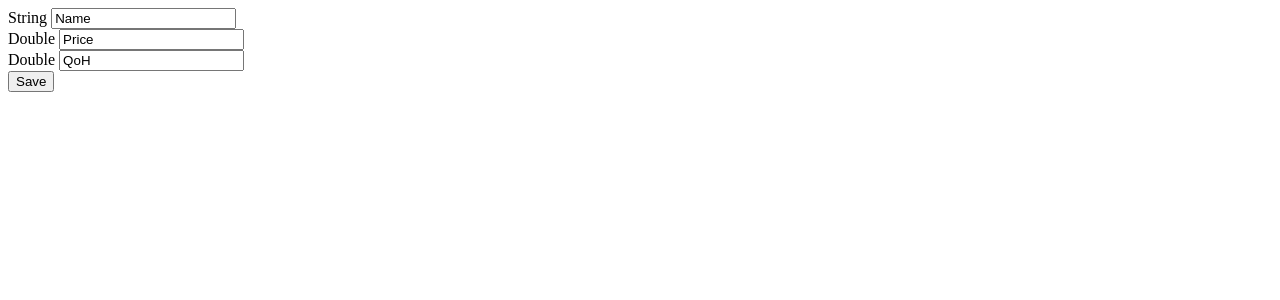
Repository: shashwat13mishra/javatraining
Page: mywebapp/src/main/webapp/calc.html
The author's editor kept a copy of each file at every save. The page is drawn from the files as they stood at one save, then again after the next save.
The browser window is 1280 px wide. The pictures show the whole page.

Above is the page before, as saved 2019-07-16 06:37:58.

After the next save:
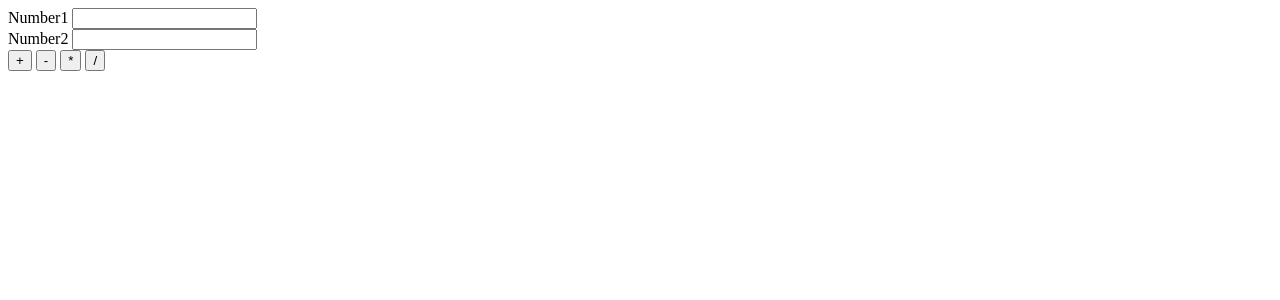
Saved 3 s later.
--- a/mywebapp/src/main/webapp/calc.html
+++ b/mywebapp/src/main/webapp/calc.html
@@ -2,18 +2,18 @@
 <html>
 <head>
 <meta charset="UTF-8">
-<title>Calculate here</title>
+<title>Employee Info</title>
 </head>
 <body>
+<form action = "calculator" method="get">
 
-<form action ="employee" method="get">
+Number1 <input name=n1> <br>
+Number2 <input name=n2> <br>
 
-String <input name=Name value="Name"> <br>
-Double <input name=Price value="Price"> <br>
-Double <input name=QoH value="QoH"> <br>
-
-<input value="Save" type="submit">
-
+<input name=op value="+" type="submit">
+<input name=op value="-" type="submit">
+<input name=op value="*" type="submit">
+<input name=op value="/" type="submit">
 
 </form>
 </body>
